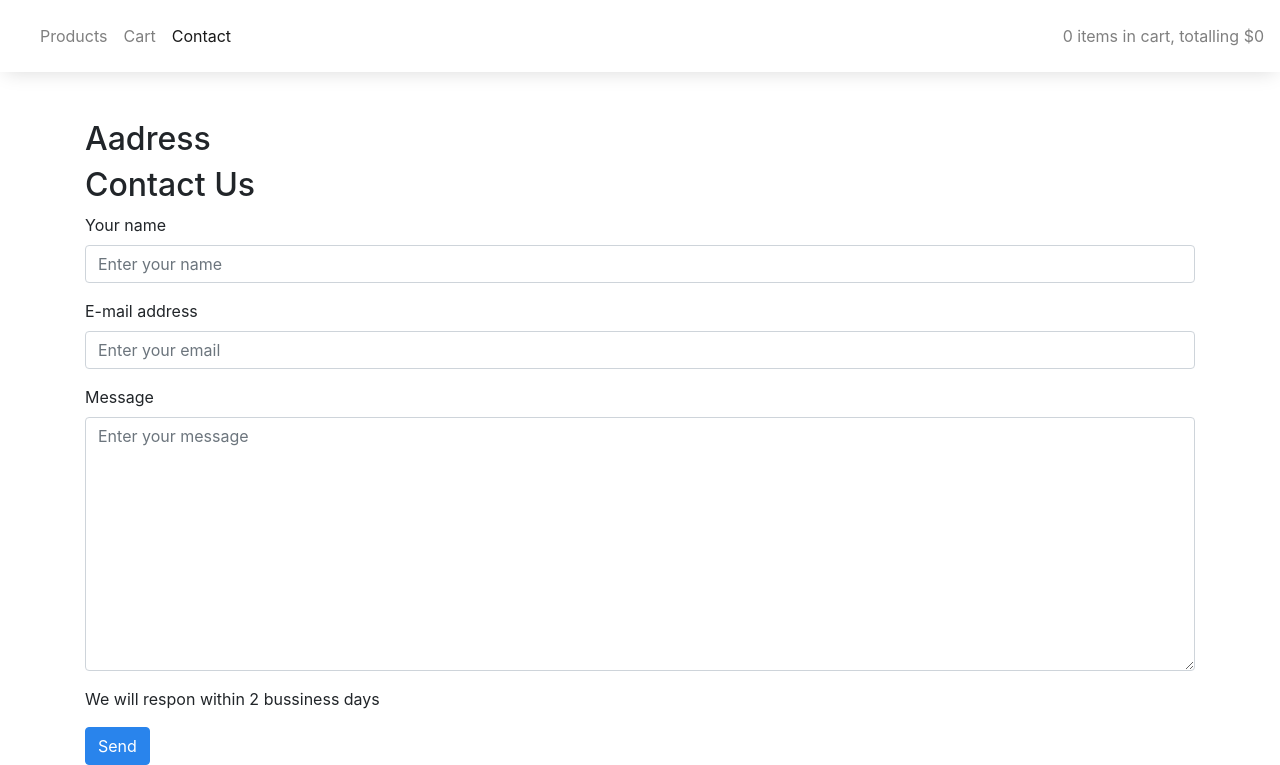
Repository: dayrim/wavecraft
Page: /contact
An editor plug-in stored every save of this project. The page is shown before and after the next save, followed by the edit.
The browser window is 1280 px wide. The pictures show the whole page.
The project was rebuilt for these pictures with package versions that can differ from the ones it lists, and the page was loaded fresh each time. Also part of the build but not shown: vue.config.js.

Above is the page before, as saved 2019-04-22 09:58:35.

### public/index.html
<!DOCTYPE html>
<html lang="en">
  <head>
    <meta charset="utf-8">
    <meta http-equiv="X-UA-Compatible" content="IE=edge">
    <meta name="viewport" content="width=device-width,initial-scale=1.0">
    <link rel="icon" href="<%= BASE_URL %>favicon.ico">
    <title>wavecraft-reset</title>
  </head>
  <body>
    <noscript>
      <strong>We're sorry but wavecraft-reset doesn't work properly without JavaScript enabled. Please enable it to continue.</strong>
    </noscript>
    <div id="app"></div>
    <!-- built files will be auto injected -->
  </body>
</html>

### src/main.js
import Vue from "vue";
import App from "./App.vue";
import router from "./router";
import store from "./store";
import BootstrapVue from "bootstrap-vue";

Vue.config.productionTip = false;
Vue.use(BootstrapVue);
Vue.filter("currency", function(value) {
  let formatter = new Intl.NumberFormat("en-US", {
    style: "currency",
    currency: "USD",
    minimumFractionDigits: 0,
  });

  return formatter.format(value);
});

new Vue({
  router,
  store,
  render: h => h(App),
}).$mount("#app");

### src/App.vue
<template>
  <div id="app" :class="{ ready: isPageReady }">
    <b-navbar class="mainNavbar" sticky toggleable="lg" variant="light">
      <b-navbar-brand to="/"></b-navbar-brand>

      <b-navbar-toggle target="nav-collapse"></b-navbar-toggle>

      <b-collapse id="nav-collapse" is-nav>
        <b-navbar-nav>
          <b-nav-item exact active-class="active" to="/">Products</b-nav-item>
          <b-nav-item exact active-class="active" to="/cart">Cart</b-nav-item>
          <b-nav-item exact active-class="active" to="/contact">Contact</b-nav-item>
        </b-navbar-nav>

        <!-- Right aligned nav items -->
        <b-navbar-nav class="ml-auto">
          <b-nav-text>
            <div class="navbar-text">
              {{ cart.items.length }}
              <span v-if="cart.items.length == 1">item</span><span v-else>items</span> in cart,
              totalling {{ cartTotal | currency }}
            </div></b-nav-text
          >
        </b-navbar-nav>
      </b-collapse>
    </b-navbar>
    <transition name="route" mode="out-in">
      <router-view name="discount"> </router-view>
    </transition>
    <b-container>
      <b-row>
        <b-col>
          <br /><br />
          <transition name="route" mode="out-in">
            <router-view></router-view>
          </transition>
        </b-col>
      </b-row>
    </b-container>
  </div>
</template>

<script>
export default {
  data() {
    return {
      isPageReady: false,
    };
  },
  computed: {
    cart() {
      return this.$store.state.cart;
    },
    cartTotal() {
      return this.$store.getters["cart/cartTotal"];
    },
  },
  mounted: function() {
    this.$nextTick(function() {
      setTimeout(() => {
        this.isPageReady = true;
      }, 0);
    });
  },
};
</script>

<style lang="scss">
.mainNavbar {
  box-shadow: 0px 5px 20px -5px rgba(0, 0, 0, 0.15);
}
.flex {
  display: flex;
}
.flex.flex-column {
  flex-direction: column;
}
.flex.flex-row {
  flex-direction: row;
}
.flex.justify-center {
  justify-content: center;
}
.flex.justify-left {
  justify-content: flex-start;
}
.flex.justify-right {
  justify-content: flex-end;
}
.flex.align-center {
  align-items: center;
}
.flex.align-left {
  align-items: flex-start;
}
.flex.align-right {
  align-items: flex-end;
}
/* Navigation */
.navbar .stats {
  margin-top: 15px;
}
ul {
  list-style: none;
}
.btn {
  margin-right: 20px;
}
input[type="radio"] + label,
input[type="checkbox"] + label {
  font-weight: normal;
}

#app {
  opacity: 0;
  transition: opacity 1s ease;
}

#app.ready {
  opacity: 1;
}

.route-enter-active,
.route-leave-active {
  transition: opacity 0.15s ease;
}

.route-enter,
.route-leave-to {
  opacity: 0;
}
</style>

### src/router/index.js
import Vue from "vue";
import Router from "vue-router";
import routes from "./routes";
Vue.use(Router);

export default new Router({
  mode: "history",
  base: process.env.BASE_URL,
  routes,
});

### src/store/index.js
import Vue from "vue";
import Vuex from "vuex";
import cart from "./modules/cart";

Vue.use(Vuex);

export default new Vuex.Store({
  /**
   * Assign the modules to the store.
   */
  modules: {
    cart,
  },
});

### src/assets/common.scss
@import "node_modules/bootstrap/scss/functions";
@import "node_modules/bootstrap/scss/variables";

$primary-color: #2984ec;
$secondary-color: #601cb9;
$tertiary-color: #222d30;
$default-color: #e9e9e9;
$light-color: #ffffff;
$accent-color: #f0081b;
$warning-color: #f09308;



$red: #dc3545;
$yellow: #ffc107;
$green: #006600; // This is the only variable I wanted to change
$cyan: #17a2b8;

$theme-colors: (
  primary: $primary-color,
  secondary: $tertiary-color,
  success: $secondary-color,
  info: $primary-color,
  warning: $warning-color,
  danger: $accent-color,
  light: $light-color,
  dark: $tertiary-color
);

@import 'node_modules/bootstrap/scss/bootstrap';
@import 'node_modules/bootstrap-vue/src/index.scss';

### src/router/routes.js
const routes = [
  {
    path: "",
    components: {
      default: () => import(/* webpackChunkName: "ProductList" */ "@/components/ProductList.vue"),
      discount: () =>
        import(/* webpackChunkName: "SpecialOffer" */ "@/components/SpecialOffer.vue"),
    },
  },
  {
    path: "/cart",
    component: () => import(/* webpackChunkName: "Cart" */ "@/components/Cart.vue"),
    alias: "/shopping-cart",
  },
  {
    path: "/product/:productId",
    props: true,
    name: "Product",
    component: () => import(/* webpackChunkName: "Product" */ "@/components/Product.vue"),
    children: [
      {
        path: "details",
        name: "ViewProduct",
        props: true,
        component: () =>
          import(/* webpackChunkName: "ViewProduct" */ "@/components/ViewProduct.vue"),
      },
      {
        path: "reviews",
        name: "ProductReviews",
        props: true,
        component: () =>
          import(/* webpackChunkName: "ProductReviews" */ "@/components/ProductReviews.vue"),
      },
    ],
  },

  {
    path: "/contact",
    component: () => import(/* webpackChunkName: "Contact" */ "@/components/Contact.vue"),
  },
  {
    path: "/*",
    component: () => import(/* webpackChunkName: "PageNotFound" */ "@/components/PageNotFound.vue"),
  },
];

export default routes;

### src/store/modules/cart/index.js
import actions from "./actions";
import getters from "./getters";
import mutations from "./mutations";
import state from "./state";

export default {
  namespaced: true,
  actions,
  getters,
  mutations,
  state,
};

### src/components/Contact.vue
<template>
  <div>
    <h2>Aadress</h2>
    <google-map></google-map>
    <h2>Contact Us</h2>
    <slot name="top"></slot>

    <form>
      <div class="form-group">
        <label for="yourName">Your name</label>
        <input id="yourName" type="text" class="form-control" placeholder="Enter your name" />
      </div>

      <div class="form-group">
        <label for="emailAddress">E-mail address</label>
        <input id="emailAddress" type="email" class="form-control" placeholder="Enter your email" />
      </div>

      <slot></slot>
      <div class="form-group">
        <label for="message">Message</label>
        <textarea
          id="message"
          cols="30"
          rows="10"
          class="form-control"
          placeholder="Enter your message"
        ></textarea>
      </div>

      <slot name="bottom">
        <p>We will respon within 2 bussiness days</p>
      </slot>
      <button type="submit" class="btn btn-primary">Send</button>
    </form>
  </div>
</template>

<script>
import GoogleMap from "./GoogleMap.vue";
export default {
  components: {
    googleMap: GoogleMap,
  },
};
</script>

### src/store/modules/cart/actions.js
import * as Mutate from "./mutation-types";

export const addProductToCart = ({ commit, getters }, payload) => {
  let cartItem = getters.getCartItem(payload.product);
  payload.cartItem = cartItem;

  if (cartItem == null) {
    payload.cartItem = getters.getCartItem(payload.product);
    commit(Mutate.ADD_PRODUCT_TO_CART, payload);
  } else {
    commit(Mutate.INCREASE_PRODUCT_QUANTITY, payload);
  }
};

export const checkout = ({ commit }) => {
  commit(Mutate.CHECKOUT);
};

export default {
  addProductToCart,
  checkout,
};

### src/store/modules/cart/getters.js
export default {
  cartTotal: state => {
    let total = 0;

    state.items.forEach(function(item) {
      total += item.product.price * item.quantity;
    });
    return total;
  },
  getCartItem: state => product => {
    for (let i = 0; i < state.items.length; i++) {
      if (state.items[i].product.id === product.id) {
        return state.items[i];
      }
    }
    return null;
  },
  taxAmount: (state, getters) => percentage => (getters.cartTotal * percentage) / 100,
};

### src/store/modules/cart/mutations.js
import { CHECKOUT, ADD_PRODUCT_TO_CART, INCREASE_PRODUCT_QUANTITY } from "./mutation-types";

export default {
  [CHECKOUT](state) {
    state.items.forEach(function(item) {
      item.product.inStock += item.quantity;
    });

    state.items = [];
  },
  [ADD_PRODUCT_TO_CART]: (state, payload) => {
    state.items.push({
      product: payload.product,
      quantity: payload.quantity,
    });

    payload.product.inStock -= payload.quantity;
  },
  [INCREASE_PRODUCT_QUANTITY]: (state, payload) => {
    payload.cartItem.quantity += payload.quantity;
    payload.product.inStock -= payload.quantity;
  },
};

### src/store/modules/cart/state.js
export default {
  items: [],
};

### src/components/GoogleMap.vue
<template>
  <div class="map"></div>
</template>

<script>
export default {
  name: "GoogleMap",
  data() {
    return {};
  },
};
</script>

<style lang="scss"></style>

### src/store/modules/cart/mutation-types.js
export const ADD_PRODUCT_TO_CART = "addProductToCart";
export const CHECKOUT = "checkout";
export const INCREASE_PRODUCT_QUANTITY = "increaseQuantity";

export default {
  ADD_PRODUCT_TO_CART,
  CHECKOUT,
  INCREASE_PRODUCT_QUANTITY,
};

After the next save:
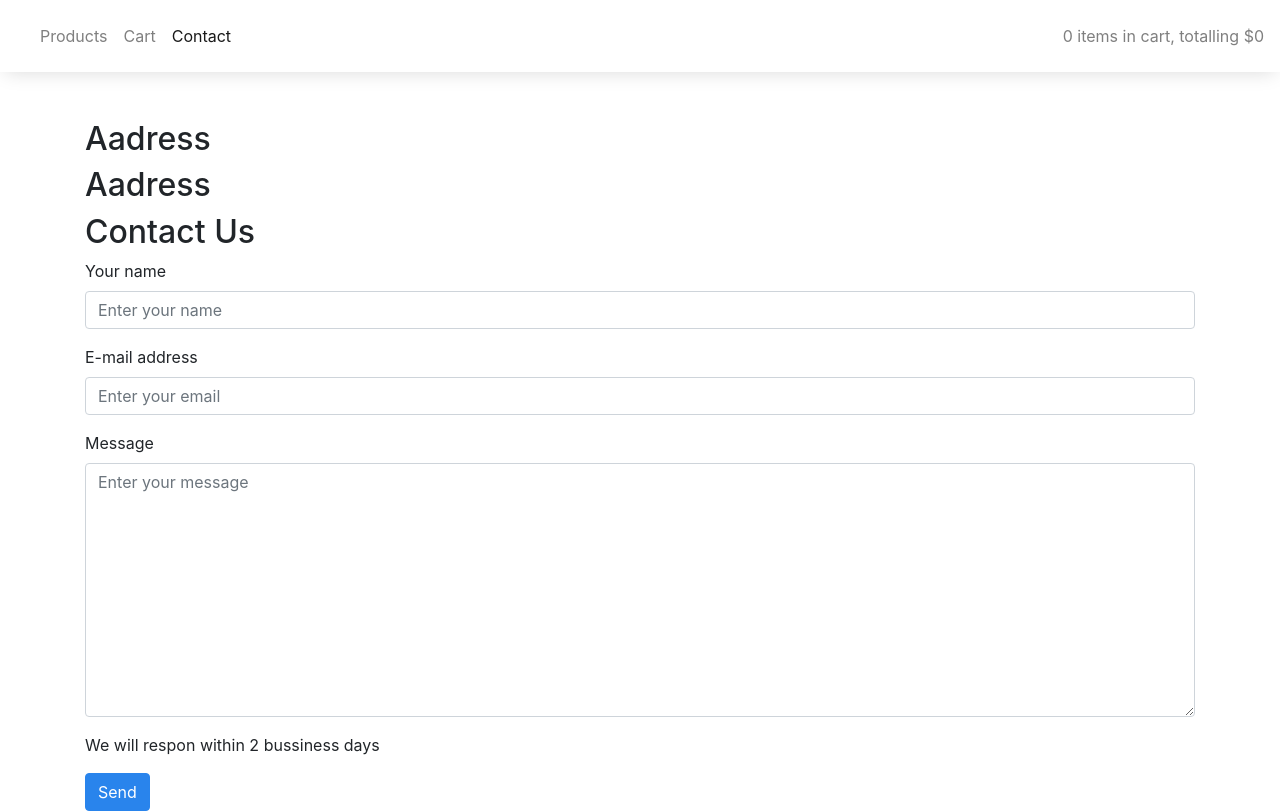
Saved 6 min 42 s later.
--- a/src/components/GoogleMap.vue
+++ b/src/components/GoogleMap.vue
@@ -1,5 +1,5 @@
 <template>
-  <div class="map"></div>
+  <div class="map"><h2>Aadress</h2></div>
 </template>
 
 <script>

After the save that followed:
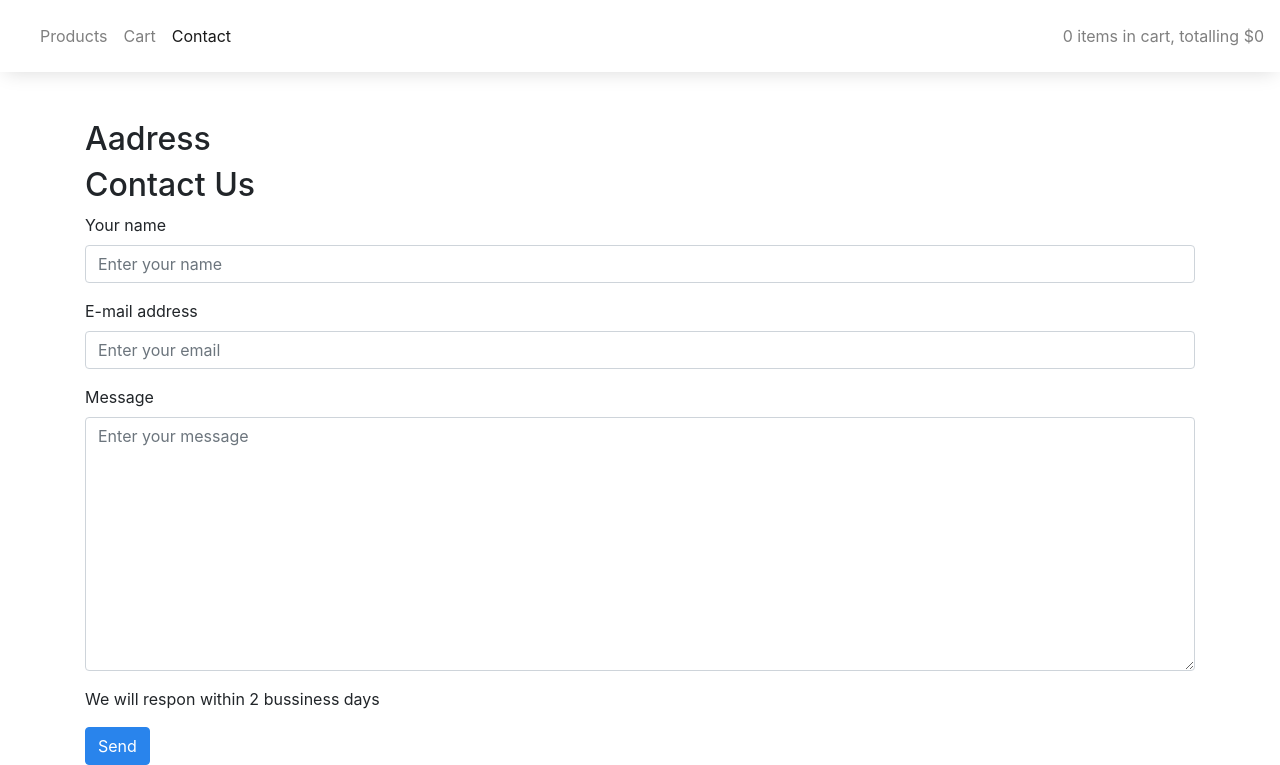
Saved 7 s later.
--- a/src/components/Contact.vue
+++ b/src/components/Contact.vue
@@ -1,6 +1,5 @@
 <template>
   <div>
-    <h2>Aadress</h2>
     <google-map></google-map>
     <h2>Contact Us</h2>
     <slot name="top"></slot>
